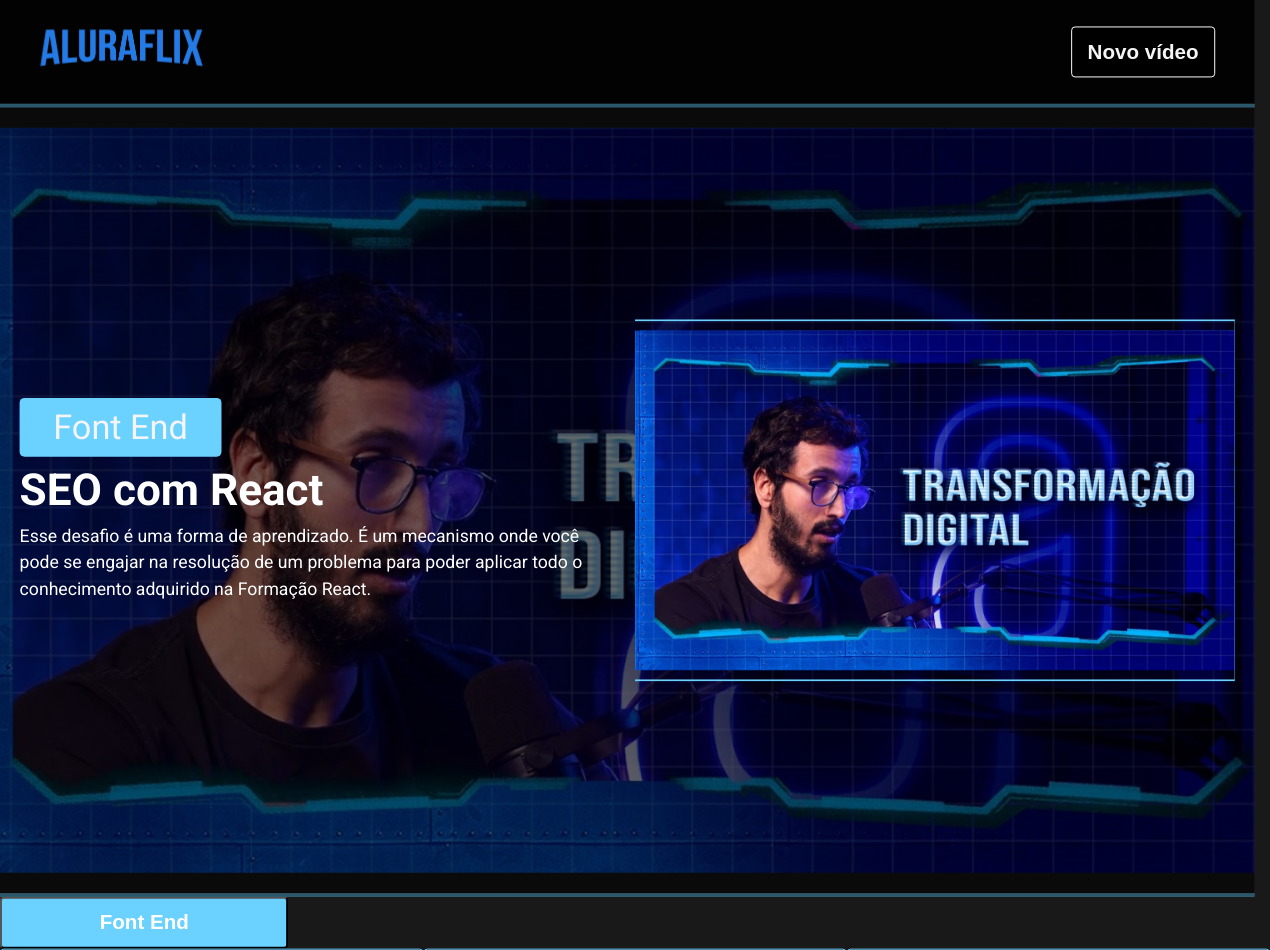
Repository: CarlosEduardoVdeOliveira/aluraflix
Page: /
The author's editor kept a copy of each file at every save. The page is drawn from the files as they stood at one save, then again after the next save.
The browser window is 1280 px wide. The page is 1296 px wide, so the pictures cover 1296 px, including what lies to the right of the window. The pictures show the part of the page from y = 0 to 969 px (the page is 2813 px tall before and 2550 px after), at 98% of full size.
Pictures or frames that could not be fetched are drawn as grey boxes. The project was rebuilt for these pictures with package versions that can differ from the ones it lists, and the page was loaded fresh each time. Also part of the build but not shown: vite.config.js, src/components/Input/Input.module.css, src/components/Input/index.jsx, src/components/TextArea/TextArea.module.css, src/components/TextArea/index.jsx, src/pages/RegisterVideo/Register.module.css, src/pages/RegisterVideo/index.jsx, src/components/Table/Table.module.css and 3 more.

Above is the page before, as saved 2023-09-25 15:57:39.

### index.html
<!doctype html>
<html lang="en">
  <head>
    <meta charset="UTF-8" />
    <link rel="preconnect" href="https://fonts.googleapis.com">
    <link rel="preconnect" href="https://fonts.gstatic.com" crossorigin>
    <!-- <link rel="icon" type="image/svg+xml" href="/vite.svg" /> -->
    <meta name="viewport" content="width=device-width, initial-scale=1.0" />
    <link href="https://fonts.googleapis.com/css2?family=Roboto:wght@300;400;500;700&display=swap" rel="stylesheet">
    <title>AluraFlix</title>
  </head>
  <body>
    <div id="root"></div>
    <script type="module" src="/src/main.jsx"></script>
  </body>
</html>

### src/main.jsx
import React from 'react'
import ReactDOM from 'react-dom/client'
import {AppRoutes} from './routes'
import './index.css'
import { ThemeProvider } from '@emotion/react'
import { theme } from './customColors'

ReactDOM.createRoot(document.getElementById('root')).render(
  <React.StrictMode>
    <ThemeProvider theme={theme}>
      <AppRoutes />
    </ThemeProvider>
  </React.StrictMode>,
)

### src/routes.jsx
import { BrowserRouter, Route, Routes } from 'react-router-dom'
import {PageBase} from './pages/pageBase'
import {Home} from './pages/Home'
import { ThemeProvider } from '@mui/material'
import { theme } from './customColors'
import {RegisterVideo} from './pages/RegisterVideo'
import {RegisterCategory} from './pages/RegisterCategory'


export const AppRoutes = () => {
  return (
    <BrowserRouter>
      <ThemeProvider theme={theme}>
        <Routes>
          <Route path='/' element={<PageBase />}>
            <Route index element={<Home />}></Route>
            <Route path='register-video' element={<RegisterVideo />}></Route>
            <Route path='register-category' element={<RegisterCategory />}></Route>
          </Route>
        </Routes>
      </ThemeProvider>
    </BrowserRouter>
  )
}

### src/index.css
:root {
  --gray-100: #F5F5F5;
  --gray-150: #E5E5E5;
  --gray-175: #C2C2C2;
  --gray-300: #9E9E9E;
  --gray-500: #191919;
  --black: #000;
  --blue-500: #2A7AE4;
  --red-500: #E53935;
  font-family: 'Roboto', sans-serif;
  line-height: 1.5;
  font-weight: 400;
  font-size: 1rem;
  font-synthesis: none;
  text-rendering: optimizeLegibility;
  -webkit-font-smoothing: antialiased;
  -moz-osx-font-smoothing: grayscale;
  -webkit-text-size-adjust: 100%;
}
*{
  box-sizing: border-box;
  margin: 0;
  padding: 0;
  scroll-behavior: smooth;
}
body{
  background-color: var(--gray-500);
}
a {
  text-decoration: none;
  transiton: .5s all ease-out;
}

button{
  cusor: pointer;
  transiton: .5s all ease-out;
}

@media screen and (max-width: 1080px){
  body{
    font-size: 87.5%;
  }
}
@media screen and (max-width: 700px){
  body{
    font-size: 75%;
  }
}

### src/customColors.js
import { createTheme } from '@mui/material/styles';

export const theme = createTheme({
  palette: {
    withe: "#FFFFFF",
    gray100: "#F5F5F5",
    gray150: "#E5E5E5",
    gray175: "#C2C2C2",
    gray300: "#9E9E9E",
    gray500: "#191919",
    black: "#000000",
    blue500: "#2A7AE4",
    red500: "#E53935",
  },
});

### src/pages/pageBase/index.jsx
import { Banner } from '../../components/Banner';
import {Footer} from '../../components/Footer';
import {Header} from '../../components/Header'
import { Outlet } from "react-router-dom";
import { useLocation } from 'react-router-dom';


export const PageBase = () => {
  const location = useLocation()
  return (
    <main>
      <Header button={location.pathname === '/'} />
      <Banner banner={location.pathname === '/'} />
      <Outlet />
      <Footer />
    </main>
  )
}

### src/pages/Home/index.jsx
import {SectionPerCategory} from "../../components/SectionPerCategory";

// eslint-disable-next-line react/prop-types
export const Home = () => {

  return (
    <>
      {
        <SectionPerCategory />
      }
    </>
  )
}

### src/components/Banner/index.jsx
/* eslint-disable react/prop-types */
import styles from './Banner.module.css'
import bannerImage from '../../../public/banner.png'
import {TitleCategory} from '../TitleCategory';

export const Banner = ({banner}) => {
  return(
    <>
      {
        banner && (
        <div className={styles.container}>
          <div className={styles.content}>
            <TitleCategory
              bgColor="#6BD1FF"
              color="#f5f5f5"
            >
              Font End
            </TitleCategory>
            <h5 >
              SEO com React
            </h5>
            <p>
              Esse desafio é uma forma de aprendizado.
              É um mecanismo onde você pode se engajar na resolução de um problema
              para poder aplicar todo o conhecimento adquirido na Formação React.
            </p>
          </div>
          <img src={bannerImage} alt='Imagem do SEO da alura, '/>
        </div>
        )
      }
    </>
  );
}

### src/components/Footer/index.jsx
import { Link } from 'react-router-dom'
import logo from '../../assets/logo.png'
import styles from './Footer.module.css'
export const Footer = () => {
  return (
    <footer className={styles.container}>
      <Link to='/'>
        <img src={logo} alt="Logo do aluraflix" />
      </Link>
    </footer>
  )
}

### src/components/Header/index.jsx
/* eslint-disable react/prop-types */
// eslint-disable-next-line no-unused-vars
import React from 'react';
import logo from '../../assets/logo.png'
import styles from './Header.module.css'
import { Link } from 'react-router-dom';
import {Button} from '../Button';


export const Header = ({button}) => {

  return (
    <header className={styles.container}>
      <Link to="/">
        <img src={logo} alt='Logo do aluraflix' />
      </Link>
      {button &&
          <Link to="/register-video">
            <Button
              bgColor="#000"
              borderColor="1px solid #FFF"
              color="#F5f5f5"
            >
                  Novo vídeo
            </Button>
          </Link>
      }
    </header>
  )
}

### src/components/SectionPerCategory/index.jsx
import { Button } from "../Button";
import styles from "./SectionPerCategory.module.css";
import { videos, categories } from "../../json/db.json";
import { Card } from "../Card";

export const SectionPerCategory = () => {
  function verifyCategory(category){
    const vcat = videos.some(vc => vc.category === category)
    return vcat
  }
    console.log(verifyCategory);
  return (
    <>
      {categories.map((category) => (
        <section className={styles.container} key={category.id}>
          <Button bgColor={category.color}>{category.name}</Button>
          <div className={styles.videos}>
            {videos.map(
              (video) =>
                category.name === video.category && (
                  <Card
                    link={video.link}
                    key={video.id}
                    thumbnail={video.thumbnail}
                    borderColor={category.color}
                    description={video.description}
                  />
                )
            )}
          </div>
        </section>
      ))}
    </>
  );
};

### src/components/Button/index.jsx
/* eslint-disable react/prop-types */
import styles from './Button.module.css'

export const Button = ({children, bgColor, borderColor, color}) => {
  return(
    <button className={styles.button}
      style={{
        background:bgColor,
        border:borderColor,
        color:color
      }}
    >
      {children}
    </button>
  )
}

### src/json/db.json
{
  "videos":[
  {
    "id": 1,
    "name": "Homem-Aranha - Sem Volta Para Casa",
    "link": "https://www.youtube.com/watch?v=k77WZrvuDQU&ab_channel=Alura",
    "thumbnail": "https://i.ytimg.com/vi/k77WZrvuDQU/sddefault.jpg",
    "category": "Font End",
    "description": "Descrição qualquer"
  },
  {
    "id": 2,
    "name": "Homem-Aranha - Sem Volta Para Casa",
    "link": "https://www.youtube.com/watch?v=k77WZrvuDQU&ab_channel=Alura",
    "thumbnail": "https://i.ytimg.com/vi/k77WZrvuDQU/sddefault.jpg",
    "category": "Font End",
    "description": "Descrição qualquer"
  },
  {
    "id": 3,
    "name": "Homem-Aranha - Sem Volta Para Casa",
    "link": "https://www.youtube.com/watch?v=k77WZrvuDQU&ab_channel=Alura",
    "thumbnail": "https://i.ytimg.com/vi/k77WZrvuDQU/sddefault.jpg",
    "category": "Font End",
    "description": "Descrição qualquer"
  },
  {
    "id": 4,
    "name": "Homem-Aranha - Sem Volta Para Casa",
    "link": "https://www.youtube.com/watch?v=hHM-hr9q4mo&ab_channel=Rocketseat",
    "thumbnail": "https://i.ytimg.com/vi/hHM-hr9q4mo/maxresdefault.jpg",
    "category": "Back End",
    "description": "Descrição qualquer"
  },
  {
    "id": 5,
    "name": "Homem-Aranha - Sem Volta Para Casa",
    "link": "https://www.youtube.com/watch?v=hHM-hr9q4mo&ab_channel=Rocketseat",
    "thumbnail": "https://i.ytimg.com/vi/hHM-hr9q4mo/maxresdefault.jpg",
    "category": "Back End",
    "description": "Descrição qualquer"
  },
  {
    "id": 6,
    "name": "Homem-Aranha - Sem Volta Para Casa",
    "link": "https://www.youtube.com/watch?v=hHM-hr9q4mo&ab_channel=Rocketseat",
    "thumbnail": "https://i.ytimg.com/vi/hHM-hr9q4mo/maxresdefault.jpg",
    "category": "Back End",
    "description": "Descrição qualquer"
  },
  {
    "id": 7,
    "name": "Homem-Aranha - Sem Volta Para Casa",
    "link": "https://www.youtube.com/watch?v=MGIs7DSQ-0A&ab_channel=Alura",
    "thumbnail": "https://i.ytimg.com/vi/MGIs7DSQ-0A/maxresdefault.jpg",
    "category": "Mobile",
    "description": "Descrição qualquer"
  },
  {
    "id": 8,
    "name": "Homem-Aranha - Sem Volta Para Casa",
    "link": "https://www.youtube.com/watch?v=MGIs7DSQ-0A&ab_channel=Alura",
    "thumbnail": "https://i.ytimg.com/vi/MGIs7DSQ-0A/maxresdefault.jpg",
    "category": "Mobile",
    "description": "Descrição qualquer"
  },
  {
    "id": 9,
    "name": "Homem-Aranha - Sem Volta Para Casa",
    "link": "https://www.youtube.com/watch?v=MGIs7DSQ-0A&ab_channel=Alura",
    "thumbnail": "https://i.ytimg.com/vi/MGIs7DSQ-0A/maxresdefault.jpg",
    "category": "Mobile",
    "description": "Descrição qualquer"
  },
  {
    "id": 10,
    "name": "Homem-Aranha - Sem Volta Para Casa",
    "link": "https://www.youtube.com/watch?v=CyiiEJRZjSU",
    "thumbnail": "https://i.ytimg.com/vi/CyiiEJRZjSU/maxresdefault.jpg",
    "category": "Data Science",
    "description": "Descrição qualquer"
  },
  {
    "id": 11,
    "name": "Homem-Aranha - Sem Volta Para Casa",
    "link": "https://www.youtube.com/watch?v=CyiiEJRZjSU",
    "thumbnail": "https://i.ytimg.com/vi/CyiiEJRZjSU/maxresdefault.jpg",
    "category": "Data Science",
    "description": "Descrição qualquer"
  },
  {
    "id": 12,
    "name": "Homem-Aranha - Sem Volta Para Casa",
    "link": "https://www.youtube.com/watch?v=CyiiEJRZjSU",
    "thumbnail": "https://i.ytimg.com/vi/CyiiEJRZjSU/maxresdefault.jpg",
    "category": "Data Science",
    "description": "Descrição qualquer"
  },
  {
    "id": 13,
    "name": "Homem-Aranha - Sem Volta Para Casa",
    "link": "https://www.youtube.com/watch?v=CyiiEJRZjSU",
    "thumbnail": "https://i.ytimg.com/vi/CyiiEJRZjSU/maxresdefault.jpg",
    "category": "UX",
    "description": "Descrição qualquer"
  },
  {
    "id": 14,
    "name": "Homem-Aranha - Sem Volta Para Casa",
    "link": "https://www.youtube.com/watch?v=CyiiEJRZjSU",
    "thumbnail": "https://i.ytimg.com/vi/CyiiEJRZjSU/maxresdefault.jpg",
    "category": "UX",
    "description": "Descrição qualquer"
  },
  {
    "id": 15,
    "name": "Homem-Aranha - Sem Volta Para Casa",
    "link": "https://www.youtube.com/watch?v=CyiiEJRZjSU",
    "thumbnail": "https://i.ytimg.com/vi/CyiiEJRZjSU/maxresdefault.jpg",
    "category": "UX",
    "description": "Descrição qualquer"
  },
  {
    "id": 16,
    "name": "Homem-Aranha - Sem Volta Para Casa",
    "link": "https://www.youtube.com/watch?v=CyiiEJRZjSU",
    "thumbnail": "https://i.ytimg.com/vi/CyiiEJRZjSU/maxresdefault.jpg",
    "category": "Infra",
    "description": "Descrição qualquer"
  },
  {
    "id": 17,
    "name": "Homem-Aranha - Sem Volta Para Casa",
    "link": "https://www.youtube.com/watch?v=CyiiEJRZjSU",
    "thumbnail": "https://i.ytimg.com/vi/CyiiEJRZjSU/maxresdefault.jpg",
    "category": "Infra",
    "description": "Descrição qualquer"
  },
  {
    "id": 18,
    "name": "Homem-Aranha - Sem Volta Para Casa",
    "link": "https://www.youtube.com/watch?v=CyiiEJRZjSU",
    "thumbnail": "https://i.ytimg.com/vi/CyiiEJRZjSU/maxresdefault.jpg",
    "category": "Infra",
    "description": "Descrição qualquer"
  },
  {
    "id": 19,
    "name": "Homem-Aranha - Sem Volta Para Casa",
    "link": "https://www.youtube.com/watch?v=CyiiEJRZjSU",
    "thumbnail": "https://i.ytimg.com/vi/CyiiEJRZjSU/maxresdefault.jpg",
    "category": "Inovation",
    "description": "Descrição qualquer"
  },
  {
    "id": 20,
    "name": "Homem-Aranha - Sem Volta Para Casa",
    "link": "https://www.youtube.com/watch?v=CyiiEJRZjSU",
    "thumbnail": "https://i.ytimg.com/vi/CyiiEJRZjSU/maxresdefault.jpg",
    "category": "Inovation",
    "description": "Descrição qualquer"
  },
  {
    "id": 21,
    "name": "Homem-Aranha - Sem Volta Para Casa",
    "link": "https://www.youtube.com/watch?v=CyiiEJRZjSU",
    "thumbnail": "https://i.ytimg.com/vi/CyiiEJRZjSU/maxresdefault.jpg",
    "category": "Inovation",
    "description": "Descrição qualquer"
  },
  {
    "id": 22,
    "name": "Homem-Aranha - Sem Volta Para Casa",
    "link": "https://www.youtube.com/watch?v=CyiiEJRZjSU",
    "thumbnail": "https://i.ytimg.com/vi/CyiiEJRZjSU/maxresdefault.jpg",
    "category": "AI",
    "description": "Descrição qualquer"
  }
],
"categories":[
  {

    "id":1,
    "name":"Font End",
    "description": "Todos os vídeo da área de Front End juntarei nessa categoria para organizar os estudos que venho fazendo atualmente (FieldTextarea)",
    "color":"#6BD1FF"
  },
  {
    "id":2,
    "name":"Back End",
    "description": "Todos os vídeo que estou usando para estudar Back End ",
    "color":"#69953B"
  },
  {
    "id":3,
    "name":"Design & UX",
    "description": "Ferramentas e técnicas que estudo sobre UX e Design",
    "color":"#DC6EBE"
  },
  {
    "id":4,
    "name":"Infraestrutura" ,
    "description": "Tudo que estou aprendendo sobre Docker e muito mais",
    "color":"#9CD33B"
  },
  {
    "id":5,
    "name":"Marketing Digital",
    "description": "A forma de vender a monetizar minhas ideias",
    "color":"#6B5BE2"
  },
  {
    "id":6,
    "name":"Data Science",
    "description": "Coisas de R e Python que venho aprendendo",
    "color":"#9CD33B"
  },
  {
    "id":7,
    "name":"Inovação & Gestão",
    "description": "Como manter o time feliz e muito mais",
    "color":"#FF8C2A"
  },
  {
    "id":8,
    "name":"Mobile",
    "description": "Conteúdo que venho estudando sobre React Native e Flutter",
    "color":"#FFBA05"
  },
  {
    "id":9,
    "name":"AI",
    "description": "Conteúdo que venho estudando sobre React Native e Flutter",
    "color":"#B210C7"
  }
]
}

### src/components/Banner/Banner.module.css
.container{
  background: linear-gradient(rgba(0, 0, 0, 0.59), rgba(0, 0, 0, 0.59)),
  url(../../../public/banner.png) center / cover no-repeat;
  width: 100%;
  height: 50.563rem;
  display: grid;
  grid-template-columns: 1fr 1fr;
  align-items: center;
  gap: 1rem;
  padding: 20px;
}
.container img{
  width: 100%;
  flex-shrink: 0;
}
.content{
  color: #FFF;
}
.content h5{
  font-size: 2.813rem;
}
.content p{
  font-size: 1.125rem;
}

### src/components/TitleCategory/index.jsx
import styles from "./TitleCategory.module.css"
// eslint-disable-next-line react/prop-types
export const TitleCategory = ({children, bgColor, color}) => {
  return(
    <div
      className={styles.container}
      style={{
        backgroundColor: bgColor,
        color: color
      }}
    >
      {children}
    </div>
  )
}

### src/components/Footer/Footer.module.css
.container{
  display: flex;
  align-items: center;
  justify-content: center;
  padding: 1.688rem 2.5rem;
  background-color: rgba(0, 0, 0, 0.9);
}

.container img{
  width: 168.45px;
  height: 40px;
}

### src/components/Header/Header.module.css
.container{
  display: flex;
  justify-content: space-between;
  align-items: center;
  padding: 1.688rem 2.5rem;
  background-color: rgba(0, 0, 0, 0.9);
}

.container img{
  width: 168.45px;
  height: 40px;
}

### src/components/SectionPerCategory/SectionPerCategory.module.css
.container{
  display: flex;
  flex-direction: column;
  overflow: none;
  width: 23%;
}
.videos{
  display: flex;
  width: 100%;
}

### src/components/Card/index.jsx
/* eslint-disable react/prop-types */
import styles from './Card.module.css'
import { Link } from 'react-router-dom'

export const Card = ({
  id,
  link,
  thumbnail,
  description,
  borderColor
}) => {
  return(
    <>
      <Link
        to={link}
        className={styles.card}
        style={{border:`1px solid ${borderColor}`}}
        key={id}
        target='_blank'
        title={description}
      >
        <img src={thumbnail} alt={description} />
      </Link>

    </>
  )
}

### src/components/Button/Button.module.css
.button{
  color: #FFF;
  text-align: center;
  padding: 0.8rem 1rem;
  border-radius: .25rem;
  font-size: 21px;
  font-style: normal;
  font-weight: 600;
  cursor: pointer;
  line-height: 24px;
  transition: all .5s ease-in-out;
}

.button:hover{
  opacity: 0.8;
}

### src/components/TitleCategory/TitleCategory.module.css
.container{
  width: 206px;
  height: 60px;
  padding: 5px;
  text-align: center;
  border-radius: 5px;
  font-size: 35px;
}

### src/components/Card/Card.module.css
.card{
  width: 433px;
  height: 263px;
  border-radius: .25rem;
  animation: slideAnimation 5s infinite alternate;
}
.card img{
  width: 430px;
  height: 260px;
  border-radius: .25rem;
}

After the next save:
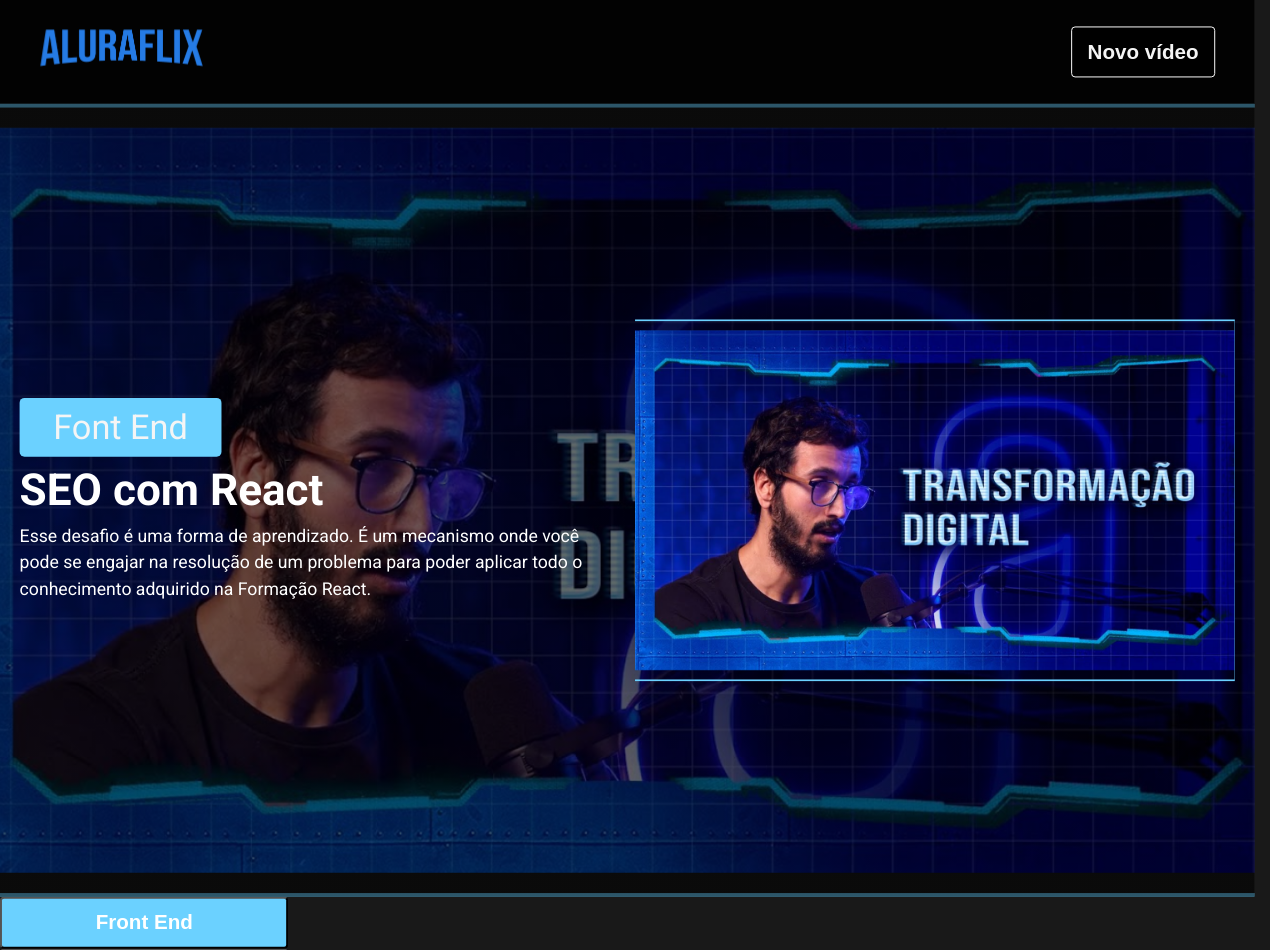
Saved 49 s later.
--- a/src/json/db.json
+++ b/src/json/db.json
@@ -181,7 +181,7 @@
   {
 
     "id":1,
-    "name":"Font End",
+    "name":"Front End",
     "description": "Todos os vídeo da área de Front End juntarei nessa categoria para organizar os estudos que venho fazendo atualmente (FieldTextarea)",
     "color":"#6BD1FF"
   },

After the save that followed:
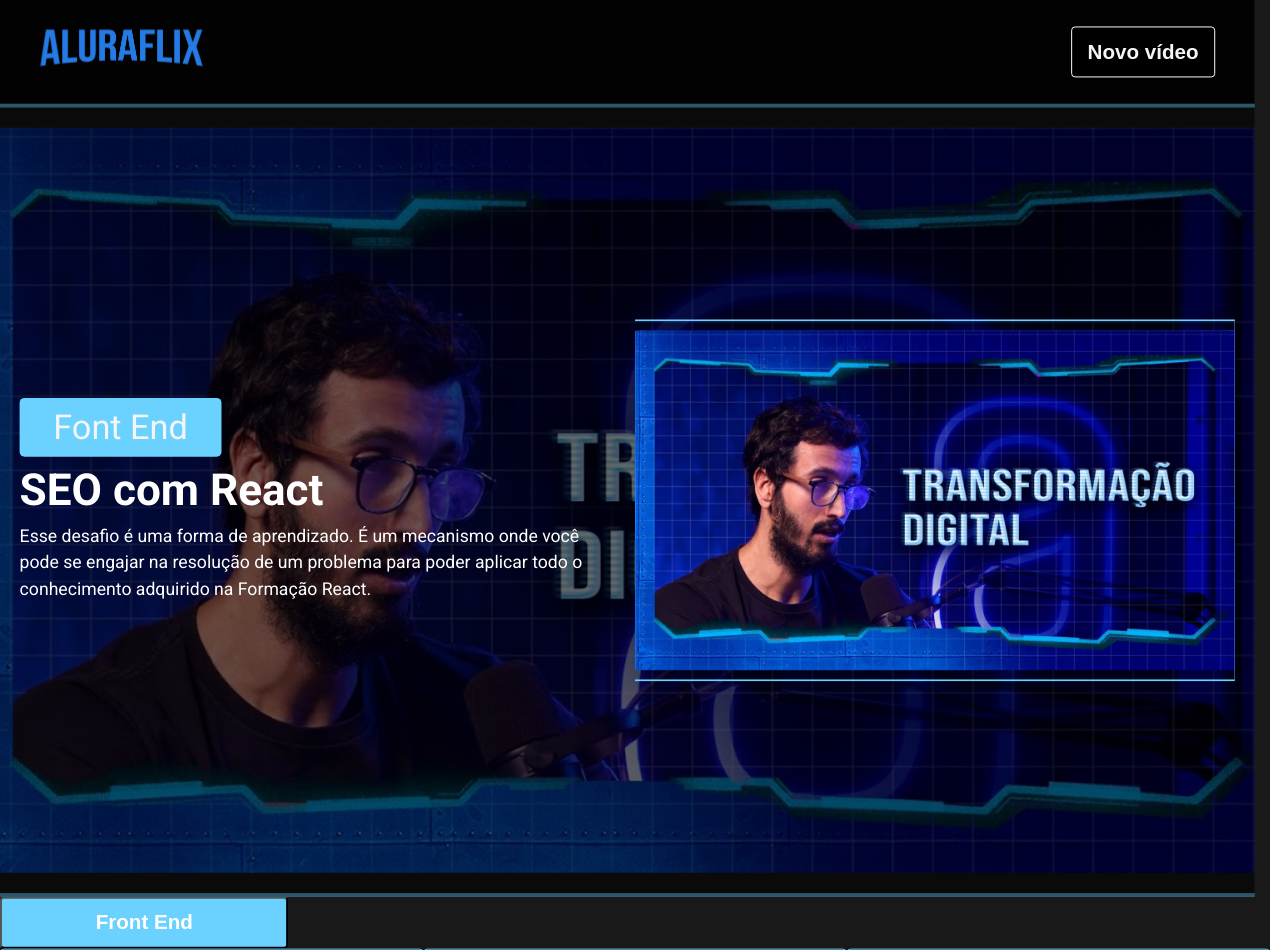
Saved 28 s later.
--- a/src/json/db.json
+++ b/src/json/db.json
@@ -5,7 +5,7 @@
     "name": "Homem-Aranha - Sem Volta Para Casa",
     "link": "https://www.youtube.com/watch?v=k77WZrvuDQU&ab_channel=Alura",
     "thumbnail": "https://i.ytimg.com/vi/k77WZrvuDQU/sddefault.jpg",
-    "category": "Font End",
+    "category": "Front End",
     "description": "Descrição qualquer"
   },
   {
@@ -13,7 +13,7 @@
     "name": "Homem-Aranha - Sem Volta Para Casa",
     "link": "https://www.youtube.com/watch?v=k77WZrvuDQU&ab_channel=Alura",
     "thumbnail": "https://i.ytimg.com/vi/k77WZrvuDQU/sddefault.jpg",
-    "category": "Font End",
+    "category": "Front End",
     "description": "Descrição qualquer"
   },
   {
@@ -21,7 +21,7 @@
     "name": "Homem-Aranha - Sem Volta Para Casa",
     "link": "https://www.youtube.com/watch?v=k77WZrvuDQU&ab_channel=Alura",
     "thumbnail": "https://i.ytimg.com/vi/k77WZrvuDQU/sddefault.jpg",
-    "category": "Font End",
+    "category": "Front End",
     "description": "Descrição qualquer"
   },
   {
